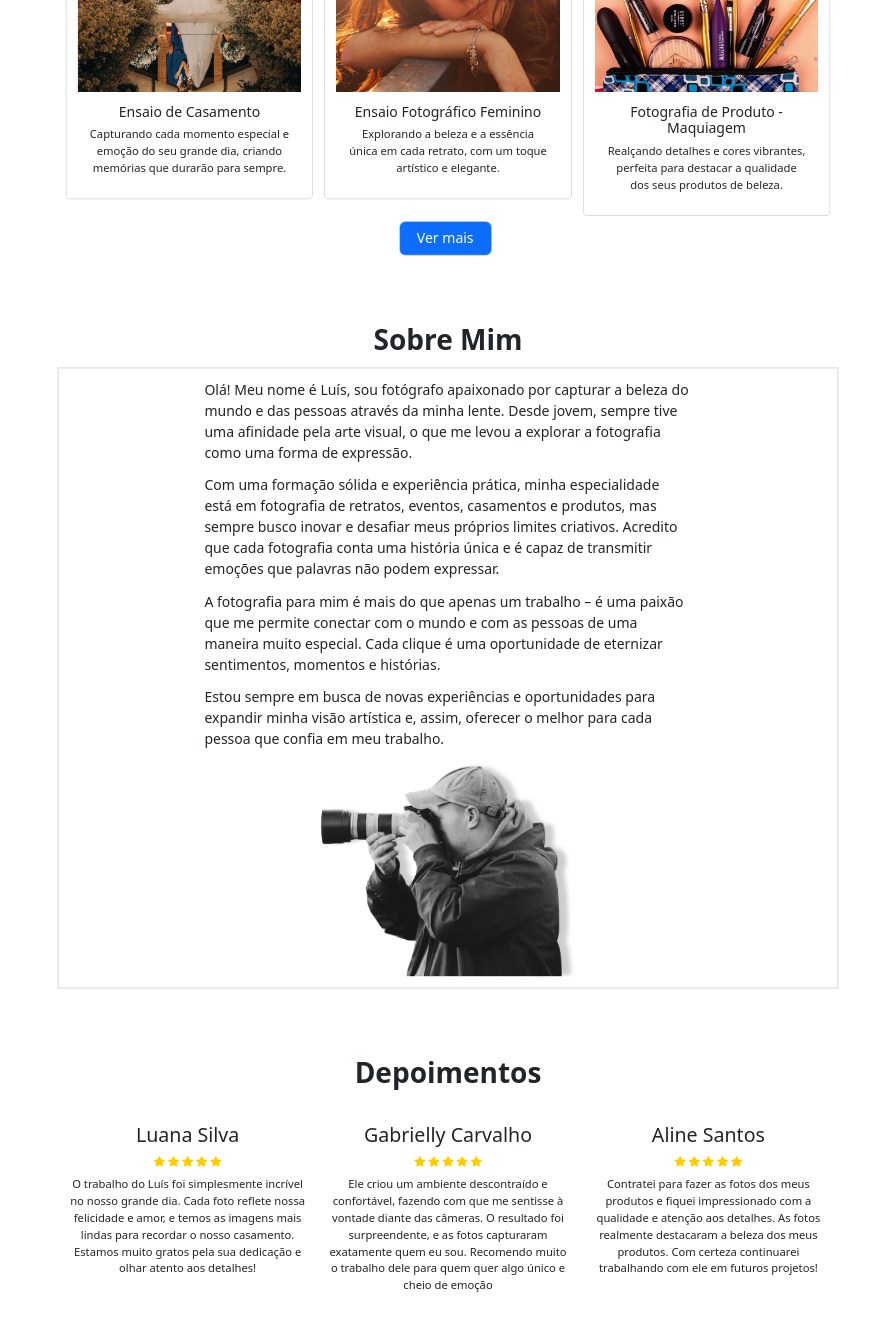
Repository: Marinalr-25/portifolio-fotografia
Page: index.html
An editor plug-in stored every save of this project. The page is shown before and after the next save, followed by the edit.
The browser window is 1280 px wide. The pictures show the part of the page from y = 881 to 2801 px (the page is 2793 px tall before and 2801 px after), at 70% of full size.
A picture or video elsewhere on the page could not be fetched, so the positions and the page height are approximate.

Above is the page before, as saved 2025-01-19 21:43:47.

### index.html
<!DOCTYPE html>
<html lang="pt-BR" data-bs-theme="dark">
  <head>
    <meta charset="utf-8" />
    <meta name="viewport" content="width=device-width, initial-scale=1" />
    <title>Portifolio Fotográfia</title>
    <link
      href="https://cdn.jsdelivr.net/npm/bootstrap@5.3.3/dist/css/bootstrap.min.css"
      rel="stylesheet"
      integrity="sha384-QWTKZyjpPEjISv5WaRU9OFeRpok6YctnYmDr5pNlyT2bRjXh0JMhjY6hW+ALEwIH"
      crossorigin="anonymous"
    />
    <!-- Bootstrap Icons -->
    <link
      href="https://cdn.jsdelivr.net/npm/bootstrap-icons/font/bootstrap-icons.css"
      rel="stylesheet"
    />
    <link rel="stylesheet" href="css/style.css" />
  </head>
  <body>
    <!-- Header -->
    <div class="container">
      <header
        class="d-flex flex-wrap justify-content-center py-3 mb-4 border-bottom fixed-top header header-light"
      >
        <a
          href="/"
          class="d-flex align-items-center mb-3 mb-md-0 me-md-auto link-body-emphasis text-decoration-none"
        >
          <svg
            xmlns="http://www.w3.org/2000/svg"
            width="40"
            height="32"
            class="d-block m-4 my-1 m"
            viewBox="0 0 118 94"
            role="img"
          >
            <title>Bootstrap</title>
            <path
              fill-rule="evenodd"
              clip-rule="evenodd"
              d="M24.509 0c-6.733 0-11.715 5.893-11.492 12.284.214 6.14-.064 14.092-2.066 20.577C8.943 39.365 5.547 43.485 0 44.014v5.972c5.547.529 8.943 4.649 10.951 11.153 2.002 6.485 2.28 14.437 2.066 20.577C12.794 88.106 17.776 94 24.51 94H93.5c6.733 0 11.714-5.893 11.491-12.284-.214-6.14.064-14.092 2.066-20.577 2.009-6.504 5.396-10.624 10.943-11.153v-5.972c-5.547-.529-8.934-4.649-10.943-11.153-2.002-6.484-2.28-14.437-2.066-20.577C105.214 5.894 100.233 0 93.5 0H24.508zM80 57.863C80 66.663 73.436 72 62.543 72H44a2 2 0 01-2-2V24a2 2 0 012-2h18.437c9.083 0 15.044 4.92 15.044 12.474 0 5.302-4.01 10.049-9.119 10.88v.277C75.317 46.394 80 51.21 80 57.863zM60.521 28.34H49.948v14.934h8.905c6.884 0 10.68-2.772 10.68-7.727 0-4.643-3.264-7.207-9.012-7.207zM49.948 49.2v16.458H60.91c7.167 0 10.964-2.876 10.964-8.281 0-5.406-3.903-8.178-11.425-8.178H49.948z"
              fill="currentColor"
            ></path>
          </svg>
          <span class="fs-4">Fotográfo Bootstrap</span>
        </a>

        <ul class="nav nav-pills">
          <li class="nav-item">
            <a href="#home" class="nav-link active" aria-current="page">Home</a>
          </li>
          <li class="nav-item">
            <a href="#galeria" class="nav-link">Galeria</a>
          </li>
          <li class="nav-item">
            <a href="#sobre" class="nav-link">Sobre mim</a>
          </li>
          <li class="nav-item">
            <a href="#servicos" class="nav-link">Serviços</a>
          </li>
          <li class="nav-item">
            <a href="#contato" class="nav-link">Contato</a>
          </li>
          <button id="toggleThemeBtn" class="btn btn-light me-3">
            <i id="themeIcon" class="bi bi-brightness-high"></i>
          </button>
        </ul>
      </header>
    </div>

    <!-- Hero -->
    <div id="home" class="container col-xxl-8 px-4 py-5">
      <div class="row flex-lg-row-reverse align-items-center g-5 py-5">
        <div class="col-10 col-sm-8 col-lg-6">
          <img
            src="src/fotografiaHero.jpg"
            class="d-block mx-lg-auto img-fluid img-hero"
            alt="Bootstrap Themes"
            width="700"
            height="500"
            loading="lazy"
          />
        </div>
        <div class="col-lg-6">
          <h1 class="fw-bold text-body-emphasis lh-1 mb-3">
            Capturando Momentos, Criando Memórias
          </h1>
          <p class="lead">
            Com uma abordagem única e criativa, busco capturar a essência de
            cada cena e emoção. Meu trabalho é uma mistura de técnica, paixão e
            sensibilidade. Através da minha lente, tento criar imagens que falam
            por si mesmas.
          </p>
          <div class="d-grid gap-2 d-md-flex justify-content-md-start">
            <button type="button" class="btn btn-primary btn-lg px-4 me-md-2">
              Veja meu trabalho
            </button>
            <button type="button" class="btn btn-outline-secondary btn-lg px-4">
              Entre em Contato
            </button>
          </div>
        </div>
      </div>
    </div>

    <!-- Galeria -->
    <div id="galeria" class="container col-xxl-8 px-4 py-5 p-4 text-center">
      <h1 class="fw-bold mb-3">Galeria</h1>
      <div class="row g-3">
        <div class="col-lg-4 col-12">
          <div class="card p-3 mb-2">
            <img
              src="src/casamento.webp"
              class="card-img-top"
              alt="ensaio fotografico de casamento"
            />
            <div class="card-body">
              <h5 class="card-title">Ensaio de Casamento</h5>
              <p class="card-text">
                Capturando cada momento especial e emoção do seu grande dia,
                criando memórias que durarão para sempre.
              </p>
            </div>
          </div>
        </div>
        <div class="col-lg-4 col-12">
          <div class="card p-3 mb-2">
            <img
              src="src/ensaiofotografico.jpeg"
              class="card-img-top"
              alt="ensaio fotografico de uma mulher"
            />
            <div class="card-body">
              <h5 class="card-title">Ensaio Fotográfico Feminino</h5>
              <p class="card-text">
                Explorando a beleza e a essência única em cada retrato, com um
                toque artístico e elegante.
              </p>
            </div>
          </div>
        </div>
        <div class="col-lg-4 col-12">
          <div class="card p-3 mb-2">
            <img
              src="src/maquiagem.jpg"
              class="card-img-top"
              alt="ensaio fotografico de produto (maquiagem)"
            />
            <div class="card-body">
              <h5 class="card-title">Fotografia de Produto - Maquiagem</h5>
              <p class="card-text">
                Realçando detalhes e cores vibrantes, perfeita para destacar a
                qualidade dos seus produtos de beleza.
              </p>
            </div>
          </div>
        </div>
      </div>
      <button type="button" class="btn btn-primary btn-lg px-4 me-md-2">
        Ver mais
      </button>
    </div>

    <!-- Sobre mim -->
    <div id="sobre" class="container px-4 py-5">
      <div class="row justify-content-center align-items-center">
        <h1 class="fw-bold mb-3 text-center">Sobre Mim</h1>
        <div
          class="row p-3 border border-2 d-flex justify-content-center align-items-center"
        >
          <div class="col-lg-8 pe-3">
            <p class="lead">
              Olá! Meu nome é Luís, sou fotógrafo apaixonado por capturar a
              beleza do mundo e das pessoas através da minha lente. Desde jovem,
              sempre tive uma afinidade pela arte visual, o que me levou a
              explorar a fotografia como uma forma de expressão.
            </p>
            <p class="lead">
              Com uma formação sólida e experiência prática, minha especialidade
              está em fotografia de retratos, eventos, casamentos e produtos,
              mas sempre busco inovar e desafiar meus próprios limites
              criativos. Acredito que cada fotografia conta uma história única e
              é capaz de transmitir emoções que palavras não podem expressar.
            </p>
            <p class="lead">
              A fotografia para mim é mais do que apenas um trabalho – é uma
              paixão que me permite conectar com o mundo e com as pessoas de uma
              maneira muito especial. Cada clique é uma oportunidade de
              eternizar sentimentos, momentos e histórias.
            </p>
            <p class="lead">
              Estou sempre em busca de novas experiências e oportunidades para
              expandir minha visão artística e, assim, oferecer o melhor para
              cada pessoa que confia em meu trabalho.
            </p>
          </div>
          <div class="fotografo"></div>
        </div>
      </div>
    </div>

    <!-- Clientes -->
    <div id="clientes" class="container col-xxl-8 px-4 py-5 py-3">
      <div class="col mx-auto">
        <h1 class="fw-bold text-center mb-5">Depoimentos</h1>
        <div class="row">
          <div class="col-lg-4 text-center">
            <h3>Luana Silva</h3>
            <div class="mb-2">
              <i class="bi bi-star-fill estrela"></i>
              <i class="bi bi-star-fill estrela"></i>
              <i class="bi bi-star-fill estrela"></i>
              <i class="bi bi-star-fill estrela"></i>
              <i class="bi bi-star-fill estrela"></i>
            </div>

            <p>
              O trabalho do Luís foi simplesmente incrível no nosso grande dia.
              Cada foto reflete nossa felicidade e amor, e temos as imagens mais
              lindas para recordar o nosso casamento. Estamos muito gratos pela
              sua dedicação e olhar atento aos detalhes!
            </p>
          </div>
          <div class="col-lg-4 text-center">
            <h3>Gabrielly Carvalho</h3>
            <div class="mb-2">
              <i class="bi bi-star-fill estrela"></i>
              <i class="bi bi-star-fill estrela"></i>
              <i class="bi bi-star-fill estrela"></i>
              <i class="bi bi-star-fill estrela"></i>
              <i class="bi bi-star-fill estrela"></i>
            </div>
            <p>
              Ele criou um ambiente descontraído e confortável, fazendo com que
              me sentisse à vontade diante das câmeras. O resultado foi
              surpreendente, e as fotos capturaram exatamente quem eu sou.
              Recomendo muito o trabalho dele para quem quer algo único e cheio
              de emoção
            </p>
          </div>
          <div class="col-lg-4 text-center">
            <h3>Aline Santos</h3>
            <div class="mb-2">
              <i class="bi bi-star-fill estrela"></i>
              <i class="bi bi-star-fill estrela"></i>
              <i class="bi bi-star-fill estrela"></i>
              <i class="bi bi-star-fill estrela"></i>
              <i class="bi bi-star-fill estrela"></i>
            </div>
            <p>
              Contratei para fazer as fotos dos meus produtos e fiquei
              impressionado com a qualidade e atenção aos detalhes. As fotos
              realmente destacaram a beleza dos meus produtos. Com certeza
              continuarei trabalhando com ele em futuros projetos!
            </p>
          </div>
        </div>
      </div>
    </div>

    <script
      src="https://cdn.jsdelivr.net/npm/@popperjs/core@2.11.8/dist/umd/popper.min.js"
      integrity="sha384-I7E8VVD/ismYTF4hNIPjVp/Zjvgyol6VFvRkX/vR+Vc4jQkC+hVqc2pM8ODewa9r"
      crossorigin="anonymous"
    ></script>
    <script
      src="https://cdn.jsdelivr.net/npm/bootstrap@5.3.3/dist/js/bootstrap.min.js"
      integrity="sha384-0pUGZvbkm6XF6gxjEnlmuGrJXVbNuzT9qBBavbLwCsOGabYfZo0T0to5eqruptLy"
      crossorigin="anonymous"
    ></script>
    <script src="js/script.js"></script>
  </body>
</html>

### css/style.css
/* Style Bootstrap */

.bd-placeholder-img {
  font-size: 1.125rem;
  text-anchor: middle;
  -webkit-user-select: none;
  -moz-user-select: none;
  user-select: none;
}

@media (min-width: 768px) {
  .bd-placeholder-img-lg {
    font-size: 3.5rem;
  }
}

.b-example-divider {
  width: 100%;
  height: 3rem;
  background-color: rgba(0, 0, 0, 0.1);
  border: solid rgba(0, 0, 0, 0.15);
  border-width: 1px 0;
  box-shadow: inset 0 0.5em 1.5em rgba(0, 0, 0, 0.1),
    inset 0 0.125em 0.5em rgba(0, 0, 0, 0.15);
}

.b-example-vr {
  flex-shrink: 0;
  width: 1.5rem;
  height: 100vh;
}

.bi {
  vertical-align: -0.125em;
  fill: currentColor;
}

.nav-scroller {
  position: relative;
  z-index: 2;
  height: 2.75rem;
  overflow-y: hidden;
}

.nav-scroller .nav {
  display: flex;
  flex-wrap: nowrap;
  padding-bottom: 1rem;
  margin-top: -1px;
  overflow-x: auto;
  text-align: center;
  white-space: nowrap;
  -webkit-overflow-scrolling: touch;
}

.btn-bd-primary {
  --bd-violet-bg: #712cf9;
  --bd-violet-rgb: 112.520718, 44.062154, 249.437846;

  --bs-btn-font-weight: 600;
  --bs-btn-color: var(--bs-white);
  --bs-btn-bg: var(--bd-violet-bg);
  --bs-btn-border-color: var(--bd-violet-bg);
  --bs-btn-hover-color: var(--bs-white);
  --bs-btn-hover-bg: #6528e0;
  --bs-btn-hover-border-color: #6528e0;
  --bs-btn-focus-shadow-rgb: var(--bd-violet-rgb);
  --bs-btn-active-color: var(--bs-btn-hover-color);
  --bs-btn-active-bg: #5a23c8;
  --bs-btn-active-border-color: #5a23c8;
}

.bd-mode-toggle {
  z-index: 1500;
}

.bd-mode-toggle .dropdown-menu .active .bi {
  display: block !important;
}

/* CSS próprio */

/* Header */
.header-light {
  background-color: #fff;
  color: #000;
}

.header-dark {
  background-color: #212529;
  color: #fff;
}

/* Hero */
.img-hero {
  width: 1000px;
}

/* Galeria */
.card-img-top {
  width: 100%;
  height: 300px;
  object-fit: cover;
}

/* sobre mim */
.fotografo {
  background-image: url(/src/fotografosombracortada.png);
  background-position: center;
  background-repeat: no-repeat;
  background-size: contain;
  width: 364px;
  height: 308px;
}

/* Clientes */
.estrela {
  color: #ffcc00;
}

### js/script.js
const toggleThemeBtn = document.getElementById('toggleThemeBtn');
const themeIcon = document.getElementById('themeIcon');
const header = document.querySelector('.header');
const body = document.body;

// Função para definir o ícone, tema e a classe do botão ao carregar a página
function setInitialTheme() {
  if (body.getAttribute('data-bs-theme') === 'dark') {
    themeIcon.classList.remove('bi-brightness-high');
    themeIcon.classList.add('bi-moon-stars-fill');
    toggleThemeBtn.classList.remove('btn-light');
    toggleThemeBtn.classList.add('btn-dark');
  } else {
    body.setAttribute('data-bs-theme', 'light');
    themeIcon.classList.remove('bi-moon-stars-fill');
    themeIcon.classList.add('bi-brightness-high');
    toggleThemeBtn.classList.remove('btn-dark');
    toggleThemeBtn.classList.add('btn-light');
  }
}

// Definir o tema inicial ao carregar
setInitialTheme();

toggleThemeBtn.addEventListener('click', () => {
  if (body.getAttribute('data-bs-theme') === 'dark') {
    body.setAttribute('data-bs-theme', 'light');
    themeIcon.classList.remove('bi-moon-stars-fill');
    themeIcon.classList.add('bi-brightness-high');
    header.classList.remove('header-dark');
    header.classList.add('header-light');
    toggleThemeBtn.classList.remove('btn-dark');
    toggleThemeBtn.classList.add('btn-light');
  } else {
    body.setAttribute('data-bs-theme', 'dark');
    themeIcon.classList.remove('bi-brightness-high');
    themeIcon.classList.add('bi-moon-stars-fill');
    header.classList.remove('header-light');
    header.classList.add('header-dark');
    toggleThemeBtn.classList.remove('btn-light');
    toggleThemeBtn.classList.add('btn-dark');
  }
});

After the next save:
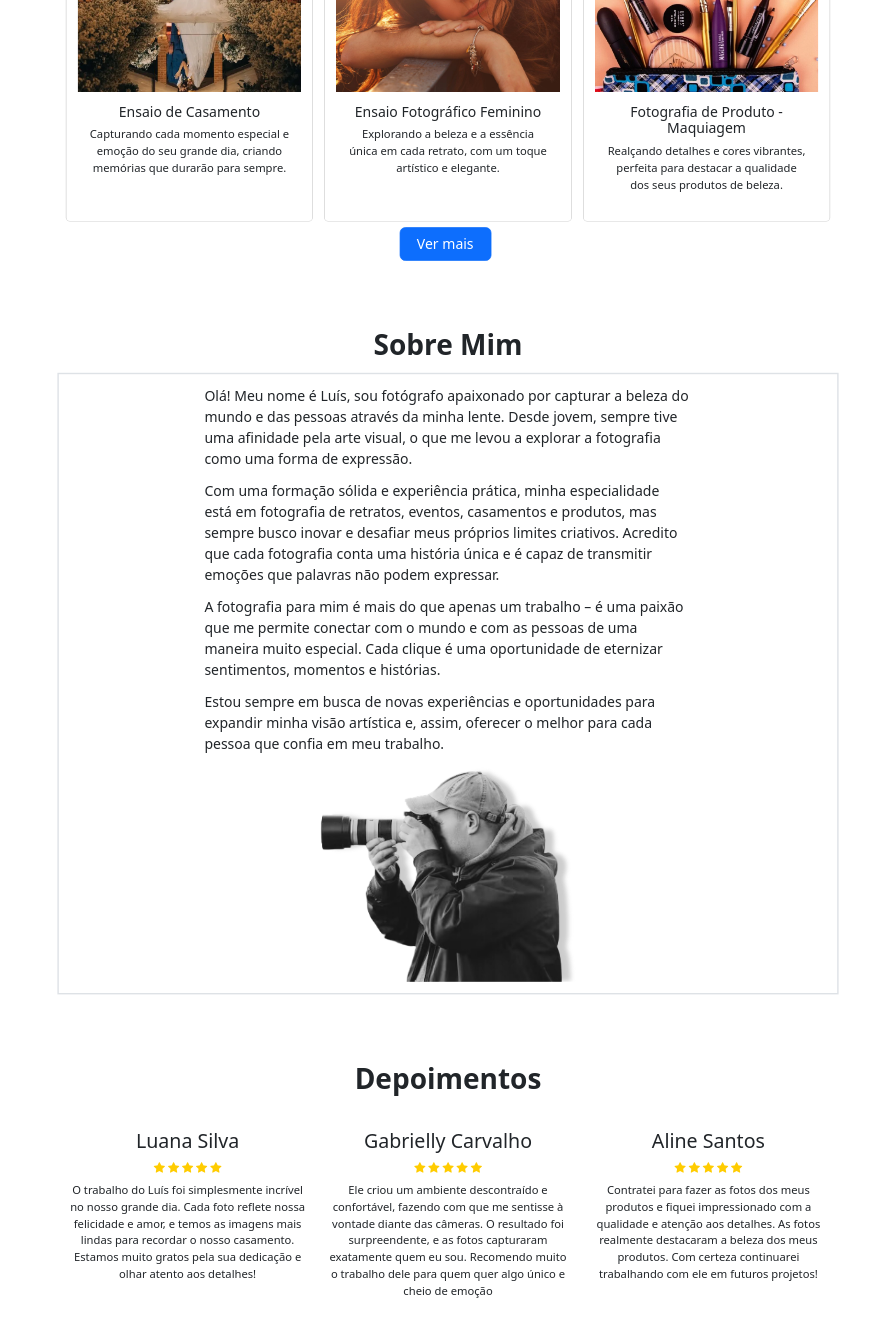
Saved 68 s later.
--- a/css/style.css
+++ b/css/style.css
@@ -103,6 +103,10 @@
   object-fit: cover;
 }
 
+.card {
+  height: 502px;
+}
+
 /* sobre mim */
 .fotografo {
   background-image: url(/src/fotografosombracortada.png);
